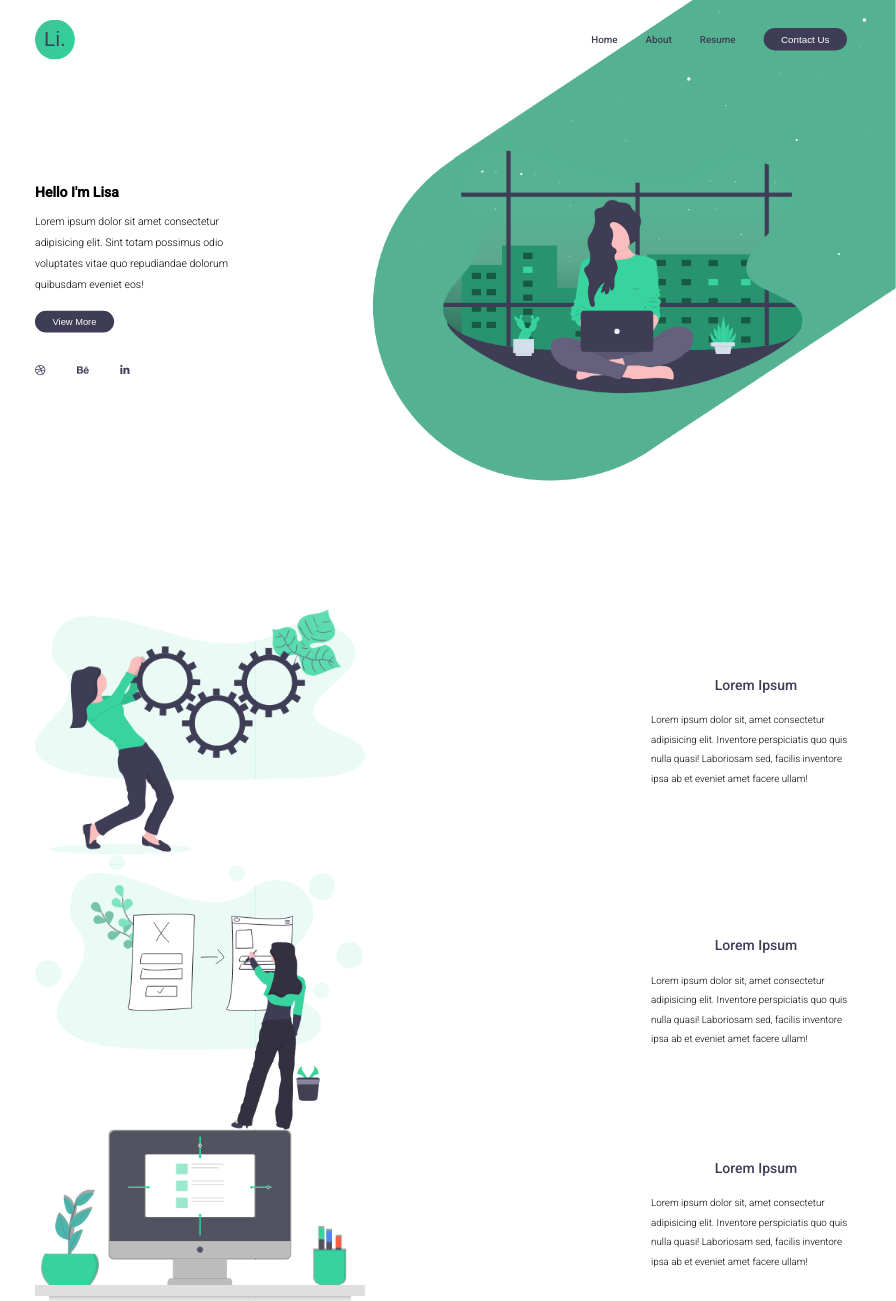
Repository: kebinh1235/porfolio-demo
Page: index.html
The author's editor kept a copy of each file at every save. The page is drawn from the files as they stood at one save, then again after the next save.
The browser window is 1280 px wide. The pictures show the whole page, at 70% of full size.
Some web libraries are served in a nearby version.

Above is the page before, as saved 2021-10-20 16:19:24.

After the next save:
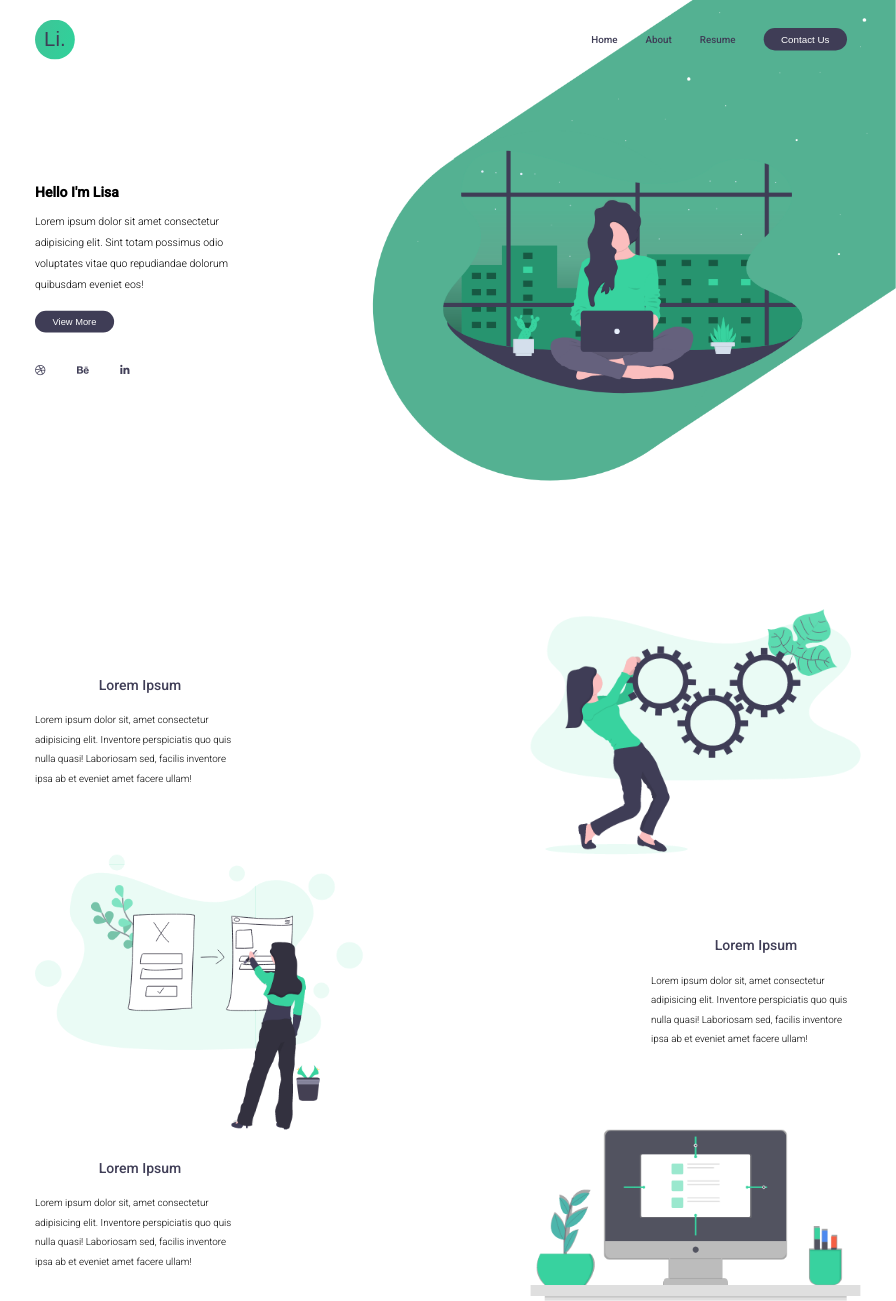
Saved 2 min 19 s later.
--- a/css/style.css
+++ b/css/style.css
@@ -274,4 +274,14 @@ header {
     max-width: 500px;
     margin: 0;
   }
-}
+  .things__item:nth-child(odd) img {
+    order: 2;
+    width: 40%;
+    padding-bottom: 0;
+  }
+  .things__item--heading:nth-child(odd) {
+    order: 1;
+    width: 45%;
+    text-align: initial;
+  }
+}
